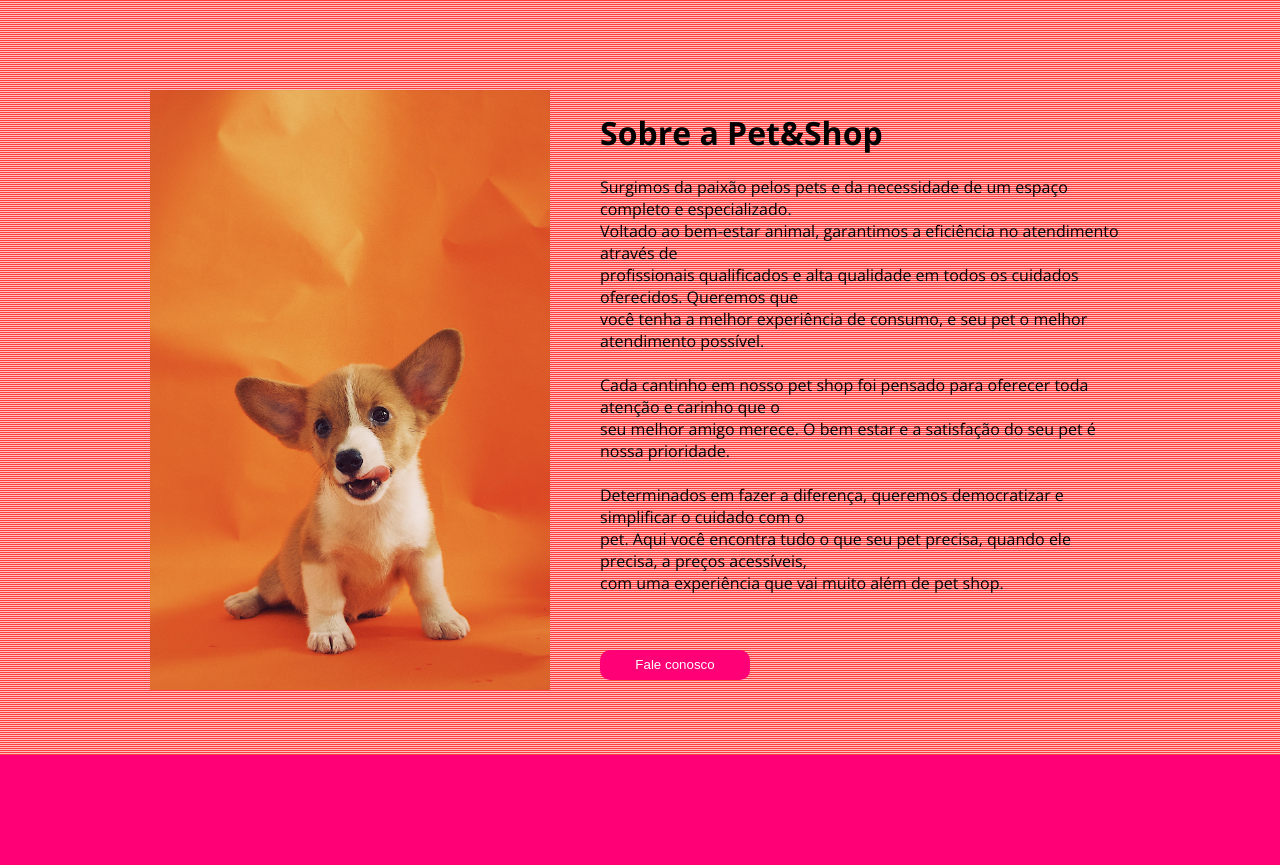
Repository: Carolden/ProhetoPetShop
Page: sobre.html
An editor plug-in stored every save of this project. The page is shown before and after the next save, followed by the edit.
The browser window is 1280 px wide. The pictures show the part of the page from y = 260 to 1125 px (the page is 1790 px tall).
A picture or video elsewhere on the page could not be fetched, so the positions and the page height are approximate.

Above is the page before, as saved 2023-05-01 15:10:14.

### sobre.html
<!DOCTYPE html>
<html lang="pt-BR">
<head>
    <meta charset="UTF-8">
    <meta http-equiv="X-UA-Compatible" content="IE=edge">
    <meta name="viewport" content="width=device-width, initial-scale=1.0">
    <title>Pet&Shop</title>
    <link rel="stylesheet" href="sobre.css">
    <link rel="stylesheet" href="https://cdnjs.cloudflare.com/ajax/libs/font-awesome/6.4.0/css/all.min.css">
    <link rel="preconnect" href="https://fonts.googleapis.com">
    <link rel="preconnect" href="https://fonts.gstatic.com" crossorigin>
    <link href="https://fonts.googleapis.com/css2?family=Open+Sans:wght@300;400;500;600;700;800&display=swap" rel="stylesheet">


</head>

<body>

    <header>

        <div class="headerrow">
            <div class="headercolumn">
                <img src="Imagens/logo-colored.svg" alt="logo" class="logocolored">
            </div>

            <div>
                <nav class="menu">
                    <a href="index.html">Home</a>
                    <a href="sobre.html" class="active">Sobre</a>
                    <a href="produtos.html">Produtos</a>
                    <a href="servicos.html">Serviços</a>
                    <a href="faleconosco.html">Fale Conosco</a>
                </nav>
            </div>
        </div>


    </header>

    <div class="row">

        <div class="column">

            <img src="Imagens/about.jpg" alt="cachorro" class="img">

        </div>


        <div class="column">

            <h1 class="columntext">Sobre a Pet&Shop</h1>
            <p class="columntext">
                Surgimos da paixão pelos pets e da necessidade de um espaço completo e especializado.<br>Voltado ao bem-estar animal, garantimos a eficiência no atendimento através de<br> profissionais qualificados e alta qualidade em todos os cuidados oferecidos. Queremos que <br>você tenha a melhor experiência de consumo, e seu pet o melhor atendimento possível.<br><br>
                Cada cantinho em nosso pet shop foi pensado para oferecer toda atenção e carinho que o <br>seu melhor amigo merece. O bem estar e a satisfação do seu pet é nossa prioridade.<br><br>
                Determinados em fazer a diferença, queremos democratizar e simplificar o cuidado com o <br>pet. Aqui você encontra tudo o que seu pet precisa, quando ele precisa, a preços acessíveis, <br>com uma experiência que vai muito além de pet shop.
            </p>

            <button class="botao">Fale conosco</button>

        </div>


    </div>


    <footer class="footer">


        <div>
            <img src="Imagens/logo-white.svg" alt="logo" class="logofooter">
        </div>

        <div class="footerrow">

        <div class="footercolumn">
            <h4 class="contato">Contato</h4>
            <p class="contato">
                Estrada sem nome, 1234, Sala 0<br>
                Bairro - Cidade / UF<br>
                12345-678<br>
                <b>(00) 99999-9999<br>
                contato@petshop.com.br<br></b>
            </p>
        </div>


        <div class="footercolumn">
            <h4 class="horario">Horário de funcionamento</h4>
            <p class="horario">
                De Segunda a Sexta-feira das 9 às 19hs.<br>
                Aos Sábados das 9 às 18hs.
            </p>
        </div>


        <div class="footercolumn">
            <h4 class="socialmedia">Siga-nos</h4>
            <i class="fa-brands fa-facebook-f"></i>
            <i class="fa-brands fa-instagram"></i>
            <i class="fa-brands fa-tiktok"></i>
            <i class="fa-brands fa-twitter"></i>
            <i class="fa-brands fa-youtube"></i>
        </div>

        </div>

        <div class="devdbycrie">
            <p>© 2022 pet&shop | Todos os direitos reservados. Desenvolvido por Crie_TI</p>
        </div>


    </footer>

</body>
</html>

### sobre.css
@import url('https://fonts.googleapis.com/css2?family=Open+Sans:wght@300&display=swap');

body {
    margin: 0;
    border: 0;
    font-family: 'Open Sans', sans-serif;
    overflow-x: hidden;
}

/* HEADER */

.logocolored {
    width: 300px;
}

.headerrow {
    display: flex;
    width: 100%;
    align-items: center;
    padding-top: 10px;
    padding-bottom: px;
    margin-bottom: 10px;
}

.menu a {
    text-decoration: none;
    padding: 12px;
    color: #382c32;
    font-weight: 600;
    font-size: 18px;
}

a.active {
    color: white;
    background-color: #FF0077;;
    padding-top: 100%;
    padding-bottom: 33px;
}

a.active:hover {
    color: white
}

a:hover {
    color: #FF0077;;
}

.headercolumn {
    width: 50%;
    padding-left: 150px;
}

.row {
    display: flex;
    padding-left: 150px;
    padding-right: 150px;
    padding-top: 100px;
    background: linear-gradient(to top, #ffffff, red);
    background-position: top;
    background-size: 100% 2px;
    padding-bottom: 60px;


}

.column img {
    height: 600px;
    width: 400px;
}

.columntext {
    padding-left: 50px;
}



.botao {
    color: white;
    background-color: #FF0077;
    border-radius: 10px;
    width: 150px;
    height: 30px;
    border: none;
    margin-left: 50px;
    margin-top: 40px;
}























.footerrow {
    display: flex;
    padding-bottom: 60px;
}

.logofooter {
    width: 300px;
}

.footer {
    background-color: #FF0077;
    width: 100%;
    padding: 130px 230px 80px 230px;
    box-sizing: border-box;
    color: white;
}

.footer h4 {
    font-size: 18px;
}

.footercolumn {
    width: 33.33%;
    align-items: center;
    text-align: right;
    font-size: 16px;
}

.contato {
    text-align: left;
}

.horario {
    text-align: center;
}

.socialmedia {
    text-align: right;
}

.footercolumn i {
    padding: 10px;
    font-size: 30px;
}

.devdbycrie {
    border-top: 2px solid rgb(255, 0, 136);
    text-align: center;
    font-size: 18px;
    padding-top: 15px;
}

.footercolumn i:hover {
    transform: scale(1.5) rotate(10deg);
}

After the next save:
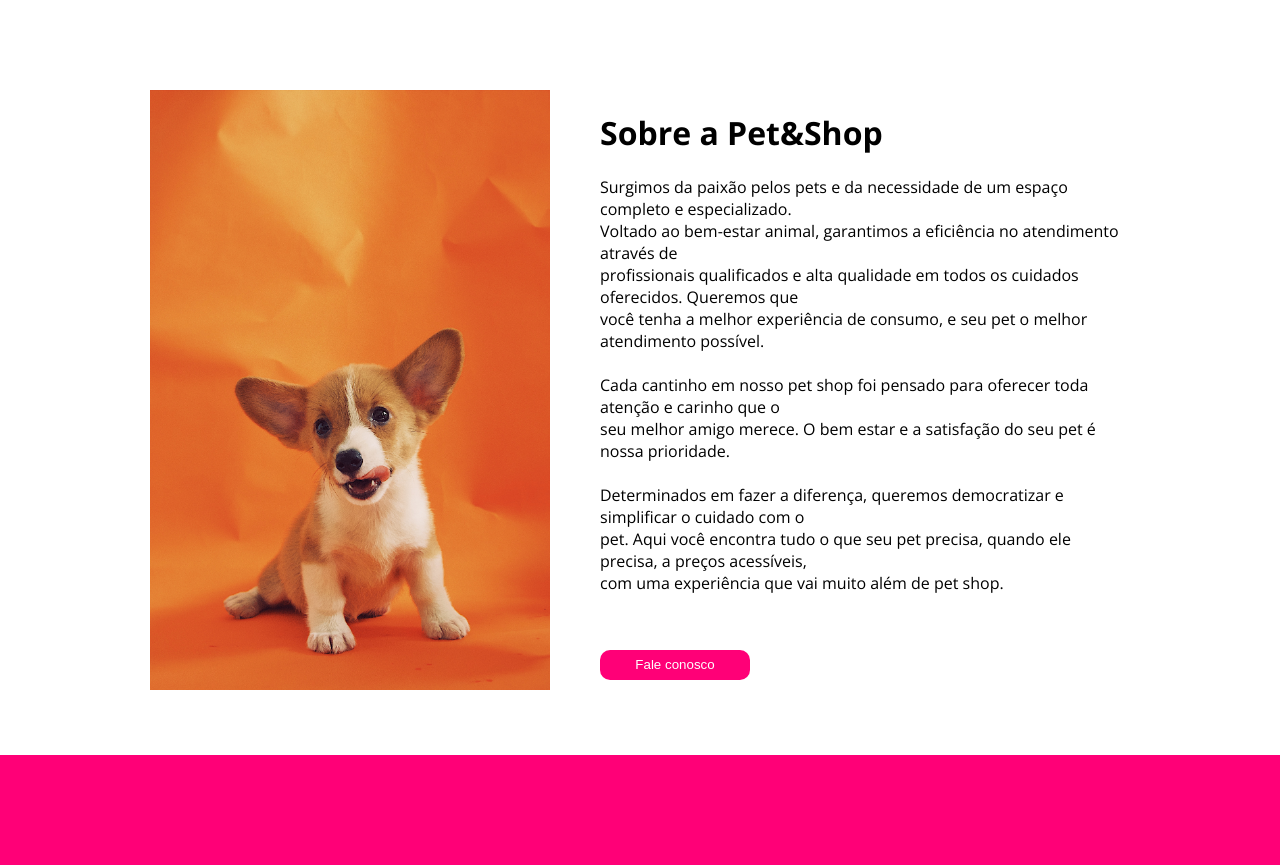
Saved 26 s later.
--- a/sobre.css
+++ b/sobre.css
@@ -55,9 +55,7 @@
     padding-left: 150px;
     padding-right: 150px;
     padding-top: 100px;
-    background: linear-gradient(to top, #ffffff, red);
-    background-position: top;
-    background-size: 100% 2px;
+    box-shadow: 60px -16px teal;
     padding-bottom: 60px;
 
 
